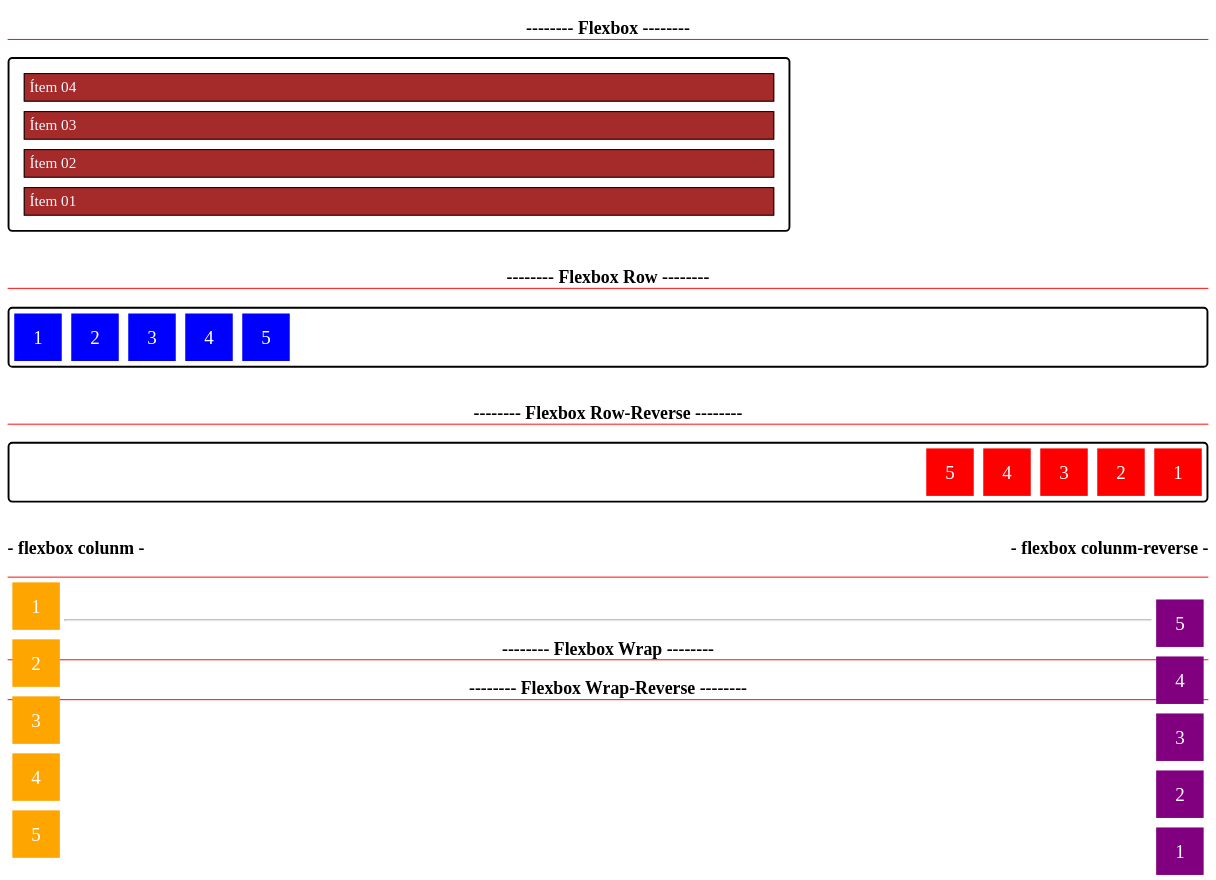
Repository: ozielms/flexbox
Page: outros/flexbox-master/index.html
An editor plug-in stored every save of this project. The page is shown before and after the next save, followed by the edit.
The browser window is 1280 px wide. The pictures show the whole page, at 95% of full size.

Above is the page before, as saved 2022-04-26 00:21:11.

After the next save:
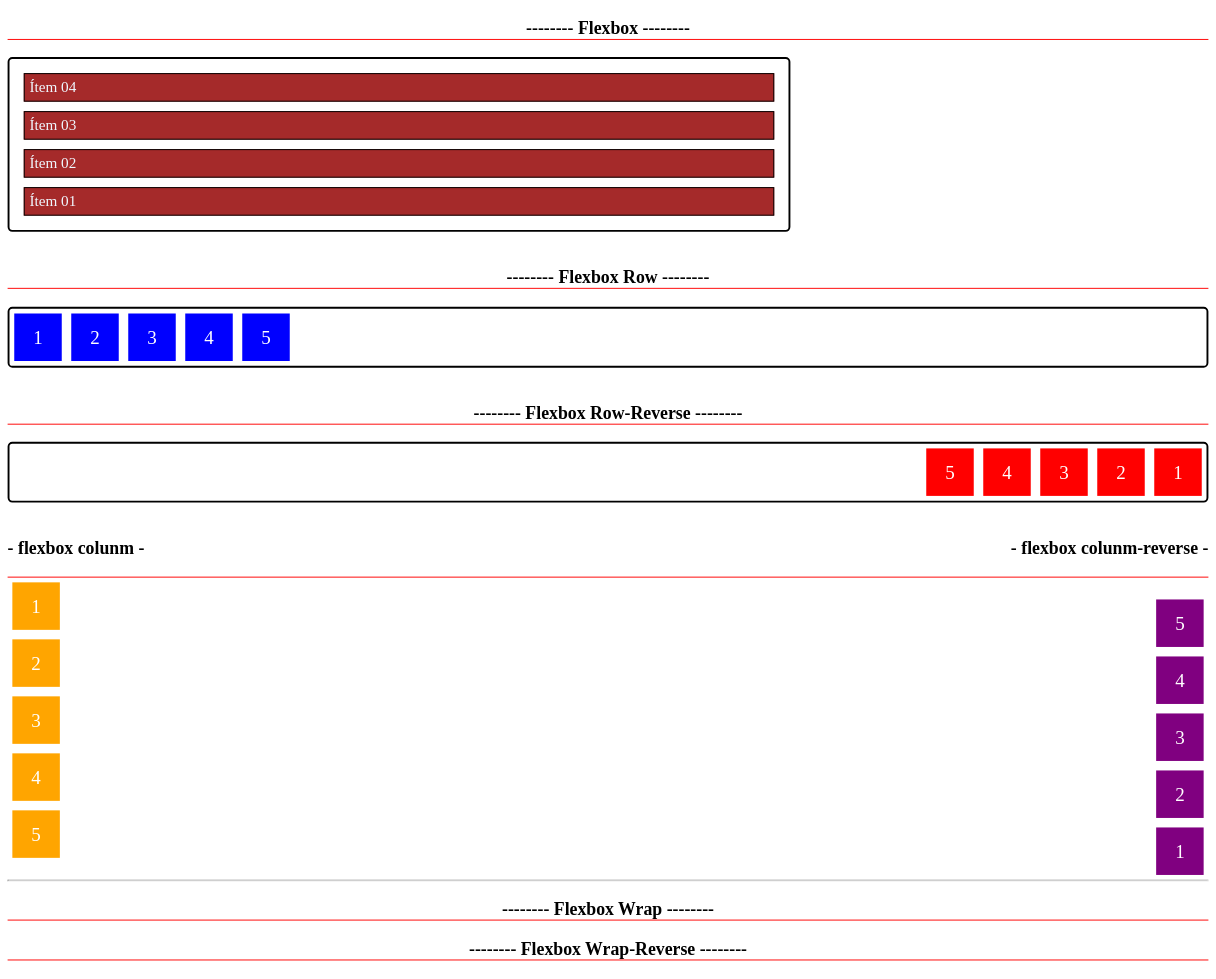
Saved 21 s later.
--- a/outros/flexbox-master/index.html
+++ b/outros/flexbox-master/index.html
@@ -72,7 +72,7 @@
     </ul>
 
     <br>
-    <hr>
+    <hr style="clear: both;">
     <h3 class="titulo">-------- flexbox wrap --------</h3>
 
 

After the save that followed:
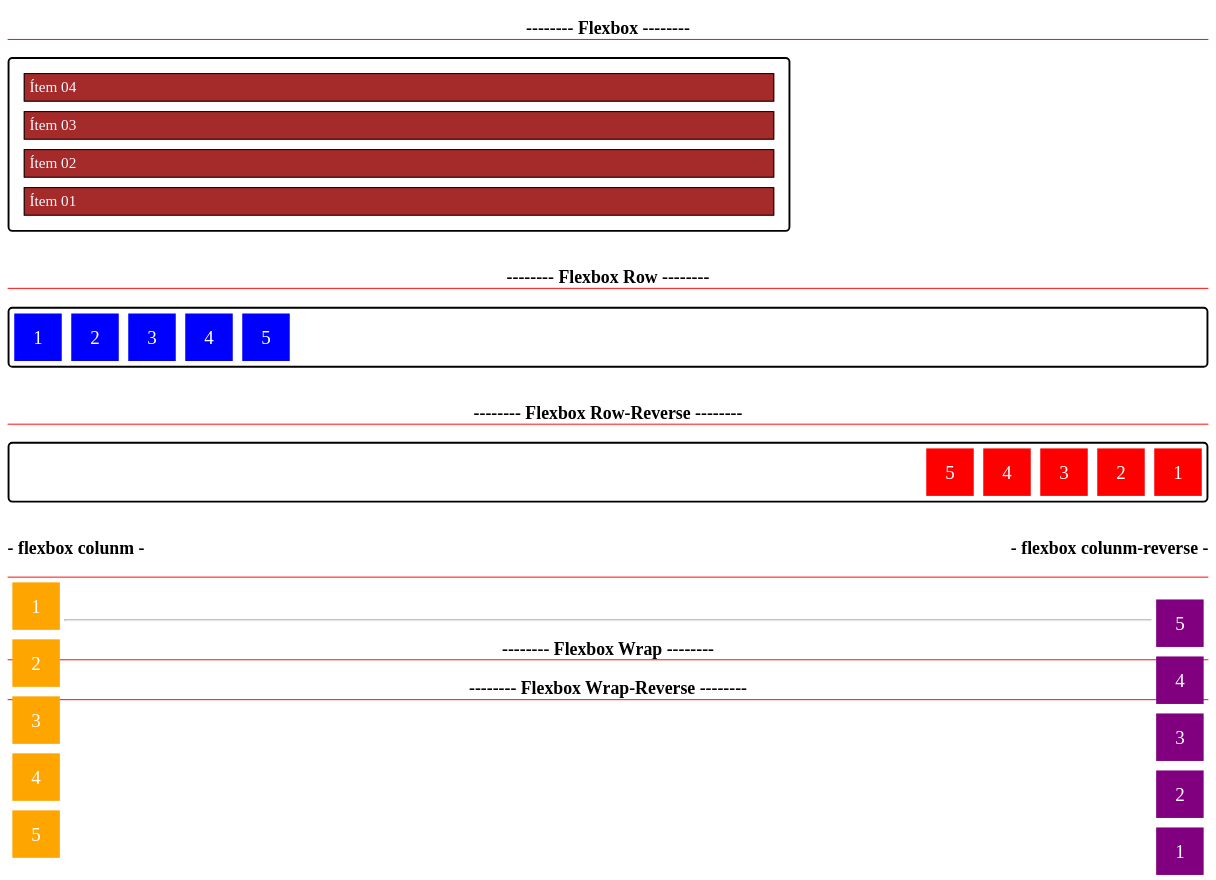
Saved 17 s later.
--- a/outros/flexbox-master/index.html
+++ b/outros/flexbox-master/index.html
@@ -72,7 +72,7 @@
     </ul>
 
     <br>
-    <hr style="clear: both;">
+    <hr>
     <h3 class="titulo">-------- flexbox wrap --------</h3>
 
 
